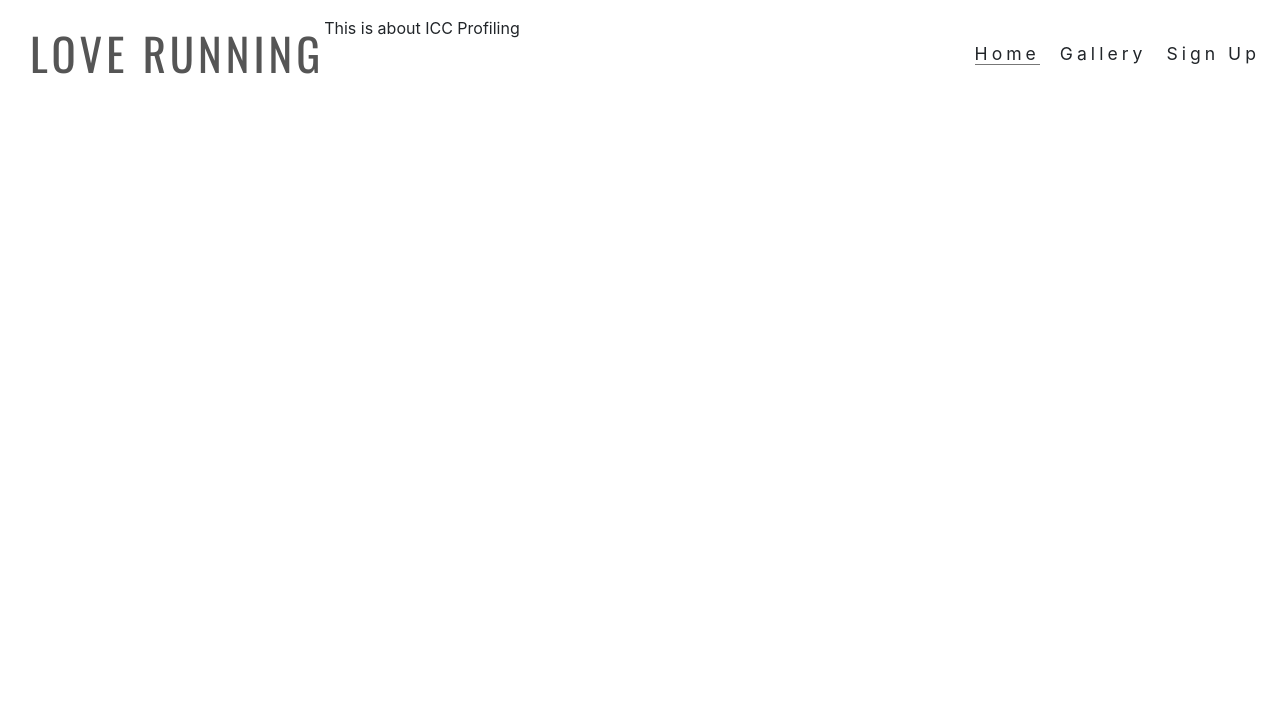
Repository: marks530/first_milestone
Page: index.html
An editor plug-in stored every save of this project. The page is shown before and after the next save, followed by the edit.
The browser window is 1280 px wide. The pictures show the whole page.
Some web libraries are served in a nearby version.

Above is the page before, as saved 2021-03-13 14:43:41.

After the next save:
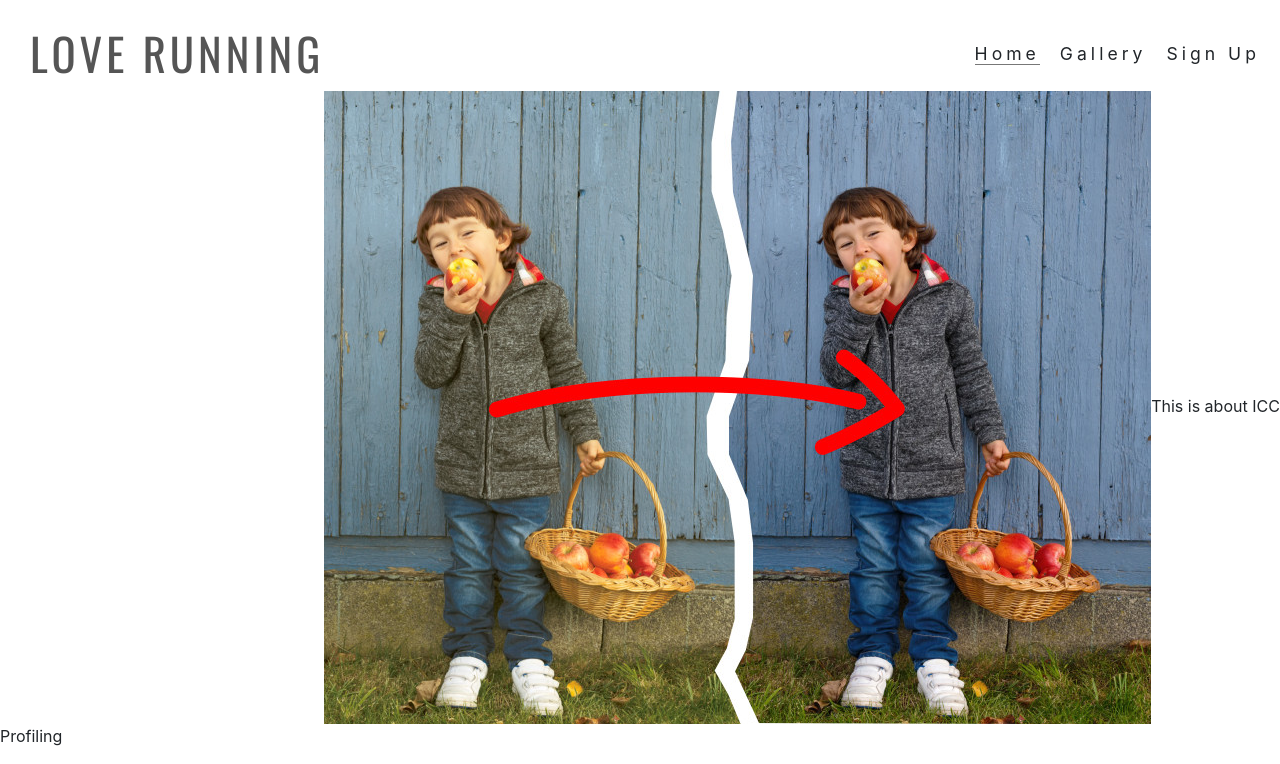
Saved 57 s later.
--- a/index.html
+++ b/index.html
@@ -38,7 +38,7 @@
     </header>
     <section>
         <div>
-            <p>This is about ICC Profiling</p>
+            <img src="/images/before-after-profile.jpg" <p>This is about ICC Profiling</p>
         </div>
 
     </section>
